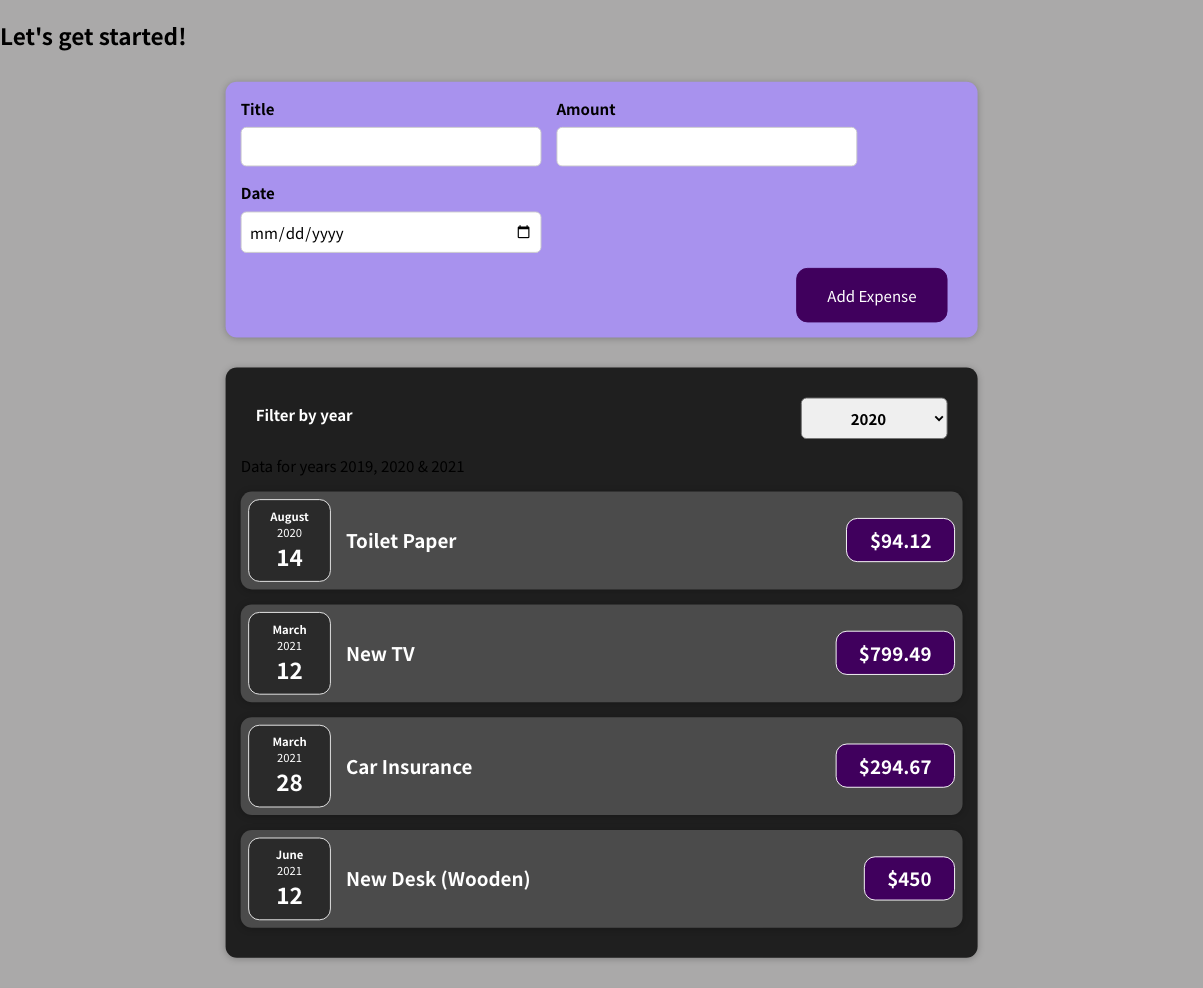
Repository: otvertka/MSC
Page: /
An editor plug-in stored every save of this project. The page is shown before and after the next save, followed by the edit.
The browser window is 1280 px wide. The pictures show the whole page, at 94% of full size.
The project was rebuilt for these pictures with package versions that can differ from the ones it lists, and the page was loaded fresh each time.

Above is the page before, as saved 2023-06-26 16:02:47.

### src/index.css
@import url("https://fonts.googleapis.com/css2?family=Noto+Sans+JP:wght@400;700&display=swap");

* {
  box-sizing: border-box;
}

html {
  font-family: "Noto Sans JP", sans-serif;
}

body {
  margin: 0;
  background-color: #aaa9a9;
}

### src/App.js
// import ExpenseItem from "./components/ExpenseItem";
import Expenses from "./components/Expenses/Expenses";
import React from "react";
import NewExpense from "./components/NewExpense/NewExpense";
// import Products from "./components/Products";

const App = () => {
  const expenses = [
    {
      id: "e1",
      title: "Toilet Paper",
      amount: 94.12,
      date: new Date(2020, 7, 14),
    },
    { id: "e2", title: "New TV", amount: 799.49, date: new Date(2021, 2, 12) },
    {
      id: "e3",
      title: "Car Insurance",
      amount: 294.67,
      date: new Date(2021, 2, 28),
    },
    {
      id: "e4",
      title: "New Desk (Wooden)",
      amount: 450,
      date: new Date(2021, 5, 12),
    },
  ];

  const addExpenseHandler = (expense) => {
    console.log("In App.js");
    console.log(expense);
  };

  return (
    <div>
      <h2>Let's get started!</h2>
      <NewExpense onAddExpense={addExpenseHandler} />
      <Expenses items={expenses} />
    </div>
  );
};

export default App;

### src/components/Expenses/Expenses.js
import React, { useState } from "react";
import ExpenseItem from "./ExpenseItem";

import "./Expenses.css";
import Card from "../UI/Card";
import ExpensesFilter from "./ExpensesFilter";

const Expenses = (props) => {
  const [filteredYear, setFilteredYear] = useState("2020");

  let filterInfoText = "2019, 2021 & 2022";

  if (filteredYear === "2019") {
    filterInfoText = "2020, 2021 & 2022";
  } else if (filteredYear === "2021") {
    filterInfoText = "2019, 2020, 2022";
  } else {
    filterInfoText = "2019, 2020 & 2021";
  }
  const filterChangeHandler = (selectedYear) => {
    setFilteredYear(selectedYear);
  };

  return (
    <div>
      <Card className="expenses">
        <ExpensesFilter
          selected={filteredYear}
          onChangeFilter={filterChangeHandler}
        />
        <p>Data for years {filterInfoText}</p>

        {props.items.map((expense) => {
          <ExpenseItem
            title={expense.title}
            amount={expense.amount}
            date={expense.date}
          />;
        })}
        <ExpenseItem
          title={props.items[0].title}
          amount={props.items[0].amount}
          date={props.items[0].date}
        />
        <ExpenseItem
          title={props.items[1].title}
          amount={props.items[1].amount}
          date={props.items[1].date}
        />
        <ExpenseItem
          title={props.items[2].title}
          amount={props.items[2].amount}
          date={props.items[2].date}
        />
        <ExpenseItem
          title={props.items[3].title}
          amount={props.items[3].amount}
          date={props.items[3].date}
        />
      </Card>
    </div>
  );
};

export default Expenses;

### src/components/NewExpense/NewExpense.js
import React from "react";
import ExpenseForm from "./ExpenseForm";
import "./NewExpense.css";

const NewExpense = (props) => {
  const saveExpenseDataHandler = (enteredExpenseData) => {
    const expenseData = {
      ...enteredExpenseData,
      id: Math.random().toString(),
    };
    props.onAddExpense(expenseData);
  };

  return (
    <div className="new-expense">
      <ExpenseForm onSaveExpenseData={saveExpenseDataHandler} />
    </div>
  );
};
export default NewExpense;

### src/components/Expenses/ExpenseItem.js
import React from "react";
import Card from "../UI/Card";
import ExpenseDate from "./ExpenseDate";
import "./ExpenseItem.css";

const ExpenseItem = (props) => {
  return (
    //
    <Card className="expense-item">
      <ExpenseDate date={props.date} />
      <div className="expense-item__description">
        <h2>{props.title}</h2>
        <div className="expense-item__price">${props.amount}</div>
      </div>
    </Card>
  );
};

export default ExpenseItem;

### src/components/Expenses/ExpensesFilter.js
import React from "react";

import "./ExpensesFilter.css";

// const ExpensesFilter = (props) => {
//     const chooseExpenseFilter = (choosingFilterData)=> {
//         const choosingData = {
//             choosingFilterData
//         }
//         props.onChooseFilter(choosingData)
//     }
const ExpensesFilter = (props) => {
  const dropdownChangeHandler = (event) => {
    props.onChangeFilter(event.target.value);
  };
  return (
    <div className="expenses-filter">
      <div className="expenses-filter__control">
        <label>Filter by year</label>
        <select value={props.selected} onChange={dropdownChangeHandler}>
          <option value="2022">2022</option>
          <option value="2021">2021</option>
          <option value="2020">2020</option>
          <option value="2019">2019</option>
        </select>
      </div>
    </div>
  );
};

export default ExpensesFilter;

### src/components/NewExpense/ExpenseForm.js
import React, { useState } from "react";
import "./ExpenseForm.css";

const ExpenseForm = (props) => {
  const [enteredTitle, setEnteredTitle] = useState("");
  const [enteredAmount, setEnteredAmount] = useState("");
  const [enteredDate, setEnteredDate] = useState("");

  // const [userInput, setUserInput] = useState({
  //   enteredTitle: "",
  //   enteredAmount: "",
  //   enteredDate: "",
  // });

  const titleChangeHandler = (event) => {
    setEnteredTitle(event.target.value);
    console.log(event.target.value);
    // setUserInput({
    //   ...userInput,
    //   enteredTitle: event.target.value,
    // });
    // console.log(enteredTitle);

    // setUserInput((prevState) => {
    //   return { ...prevState, enteredTitle: event.target.value };
    // });
  };

  const amountChangeHandler = (event) => {
    setEnteredAmount(event.target.value);
    // setUserInput({
    //   ...userInput,
    //   enteredAmount: event.target.value,
    // });
    // console.log(enteredAmount);
  };

  const dateChangeHandler = (event) => {
    setEnteredDate(event.target.value);
    // setUserInput({
    //   ...userInput,
    //   enteredDate: event.target.value,
    // });
    // console.log(enteredDate);
  };

  // альтернативный способ в 1 функции
  // const inputChangeHandler = (identifier, value) => {
  //   if (identifier === "title") {
  //     setEnteredTitle(value);
  //   } else if (identifier === "date") {
  //     setEnteredDate(value);
  //   } else {
  //     setEnteredAmount(value);
  //   }
  //   console.log(value);
  // };

  const submitHandler = (event) => {
    event.preventDefault();

    const expenseData = {
      title: enteredTitle,
      amount: enteredAmount,
      date: new Date(enteredDate),
    };
    props.onSaveExpenseData(expenseData);
    setEnteredTitle("");
    setEnteredAmount("");
    setEnteredDate("");
  };
  return (
    <div>
      <form onSubmit={submitHandler}>
        <div className="new-expense__controls">
          <div className="new-expense__control">
            <label>Title</label>
            <input
              type="text"
              value={enteredTitle}
              onChange={titleChangeHandler}
            />
          </div>
          <div className="new-expense__control">
            <label>Amount</label>
            <input
              type="number"
              min="0.01"
              step="0.01"
              value={enteredAmount}
              onChange={amountChangeHandler}
            />
          </div>
          <div className="new-expense__control">
            <label>Date</label>
            <input
              type="date"
              min="2019-01-01"
              max="2022-12-31"
              value={enteredDate}
              onChange={dateChangeHandler}
            />
          </div>
        </div>
        <div className="new-expense__actions">
          <button type="submit">Add Expense</button>
        </div>
      </form>
    </div>
  );
};

export default ExpenseForm;

////////////// TODO
// import React, {useState} from 'react';

// import './styles.css';

// // don't change the Component name "App"
// export default function App() {
//     const [count, setCount] = React.useState(0);

// const changeCount =(event)=> {
//     setCount(event.target.value++);
// }

//     return (
//       <div>
//         <p id="counter">{count}</p>
//         <button onClick={changeCount}>Increment</button>
//       </div>
//     );
// }

### src/components/NewExpense/NewExpense.css
.new-expense {
  background-color: #a892ee;
  padding: 1rem;
  margin: 2rem auto;
  width: 50rem;
  max-width: 95%;
  border-radius: 12px;
  text-align: center;
  box-shadow: 0 1px 8px rgba(0, 0, 0, 0.25);
}

.new-expense button {
  font: inherit;
  cursor: pointer;
  padding: 1rem 2rem;
  border: 1px solid #40005d;
  background-color: #40005d;
  color: white;
  border-radius: 12px;
  margin-right: 1rem;
}

.new-expense button:hover,
.new-expense button:active {
  background-color: #510674;
  border-color: #510674;
}

.new-expense button.alternative {
  color: #220131;
  border-color: transparent;
  background-color: transparent;
}

.new-expense button.alternative:hover,
.new-expense button.alternative:active {
  background-color: #ddb3f8;
}

### src/components/Expenses/ExpenseItem.css
.expense-item {
  display: flex;
  justify-content: space-between;
  align-items: center;
  padding: 0.5rem;
  margin: 1rem 0;
  background-color: #4b4b4b;
}

.expense-item__description {
  display: flex;
  flex-direction: column;
  gap: 1rem;
  align-items: flex-end;
  flex-flow: column-reverse;
  justify-content: flex-start;
  flex: 1;
}

.expense-item h2 {
  color: #3a3a3a;
  font-size: 1rem;
  flex: 1;
  margin: 0 1rem;
  color: white;
}

.expense-item__price {
  font-size: 1rem;
  font-weight: bold;
  color: white;
  background-color: #40005d;
  border: 1px solid white;
  padding: 0.5rem;
  border-radius: 12px;
}

@media (min-width: 580px) {
  .expense-item__description {
    flex-direction: row;
    align-items: center;
    justify-content: flex-start;
    flex: 1;
  }

  .expense-item__description h2 {
    font-size: 1.25rem;
  }

  .expense-item__price {
    font-size: 1.25rem;
    padding: 0.5rem 1.5rem;
  }
}

Loaded but not shown: public/index.html (common file); src/index.js (common file); src/components/Expenses/Expenses.css (common file); src/components/UI/Card.js (common file); src/components/Expenses/ExpenseDate.js (common file); src/components/UI/Card.css (common file); src/components/Expenses/ExpensesFilter.css (common file); src/components/NewExpense/ExpenseForm.css (common file); src/components/Expenses/ExpenseDate.css (common file)

After the next save:
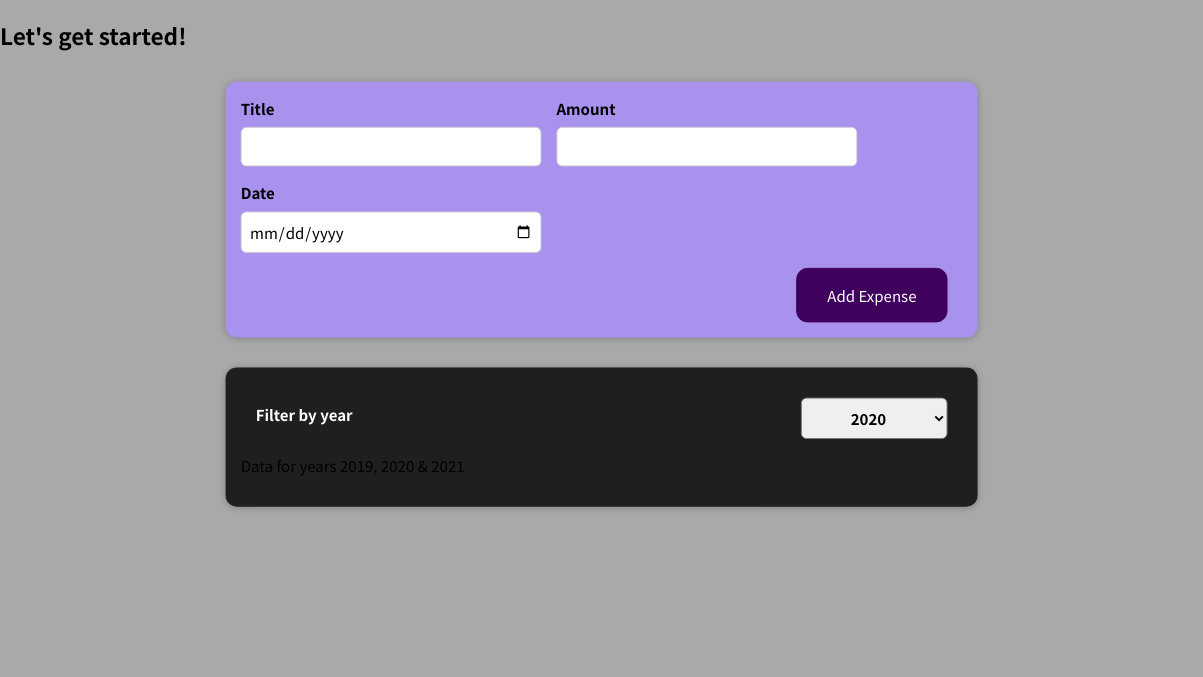
Saved 56 s later.
--- a/src/components/Expenses/Expenses.js
+++ b/src/components/Expenses/Expenses.js
@@ -37,26 +37,6 @@ const Expenses = (props) => {
             date={expense.date}
           />;
         })}
-        <ExpenseItem
-          title={props.items[0].title}
-          amount={props.items[0].amount}
-          date={props.items[0].date}
-        />
-        <ExpenseItem
-          title={props.items[1].title}
-          amount={props.items[1].amount}
-          date={props.items[1].date}
-        />
-        <ExpenseItem
-          title={props.items[2].title}
-          amount={props.items[2].amount}
-          date={props.items[2].date}
-        />
-        <ExpenseItem
-          title={props.items[3].title}
-          amount={props.items[3].amount}
-          date={props.items[3].date}
-        />
       </Card>
     </div>
   );
